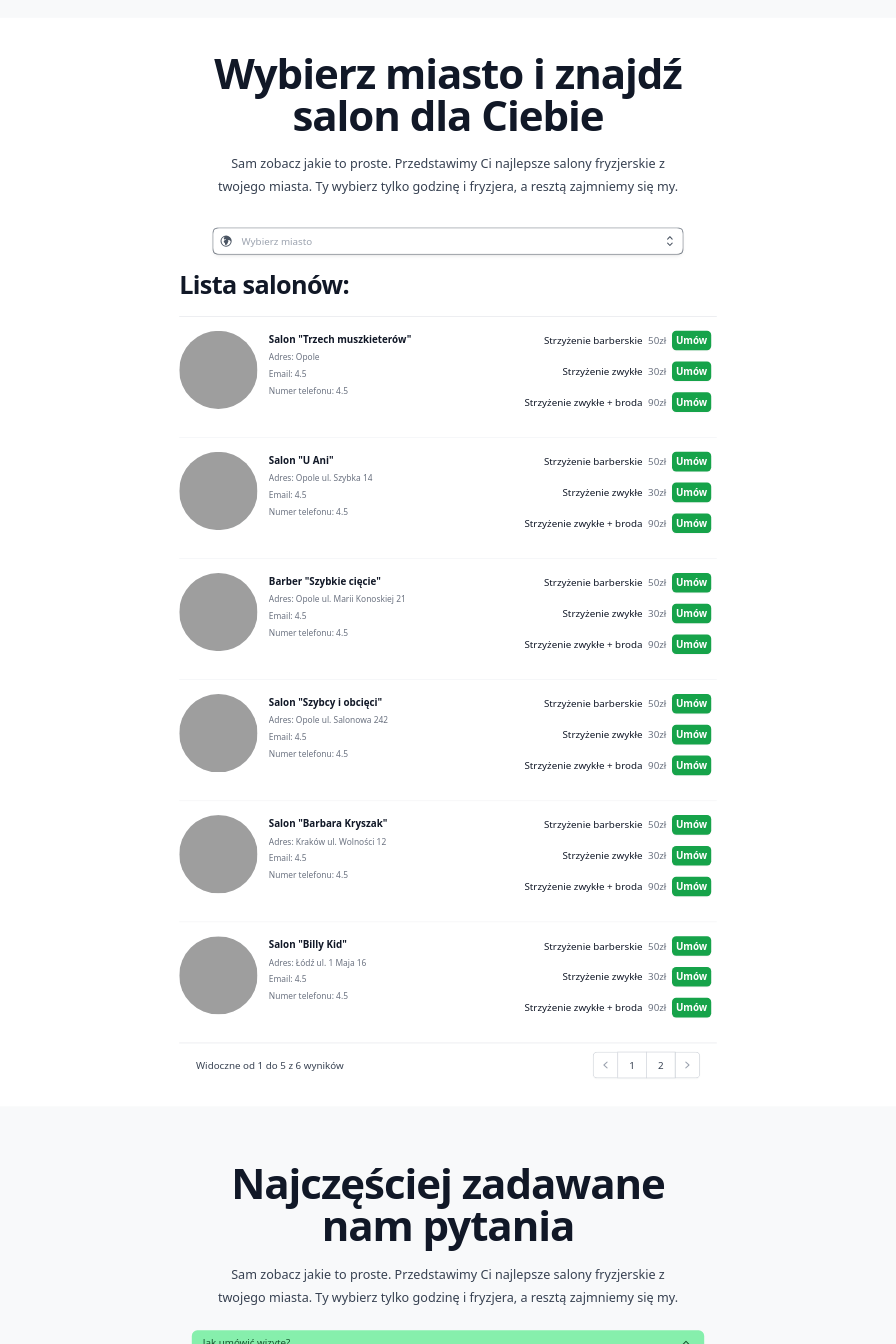
Repository: PrzemyslawJura/my-app
Page: / (app in frontend/)
These files come from the project's save history. The page is drawn as it stood at one moment and after the next save; the edit follows.
The browser window is 1280 px wide. The pictures show the part of the page from y = 869 to 2789 px (the page is 3798 px tall), at 70% of full size.
Pictures or frames that could not be fetched are drawn as grey boxes. The page's requests for data from a server got no answer. The project was rebuilt for these pictures with package versions that can differ from the ones it lists, and the page was loaded fresh each time. No one was signed in, and anything a server would have sent is missing. Also part of the build but not shown: frontend/src/home/Listbox.jsx, frontend/src/home/StepOne.jsx, frontend/src/home/StepTwo.jsx, frontend/src/components/Calendar.jsx, frontend/src/components/Tabs.jsx, frontend/src/biznes/CalendarOfWork.jsx, frontend/src/components/CarouselDefault.jsx, frontend/src/biznes/Salon.jsx and 8 more.

Above is the page before, as saved 2023-11-16 13:56:47.

After the next save:
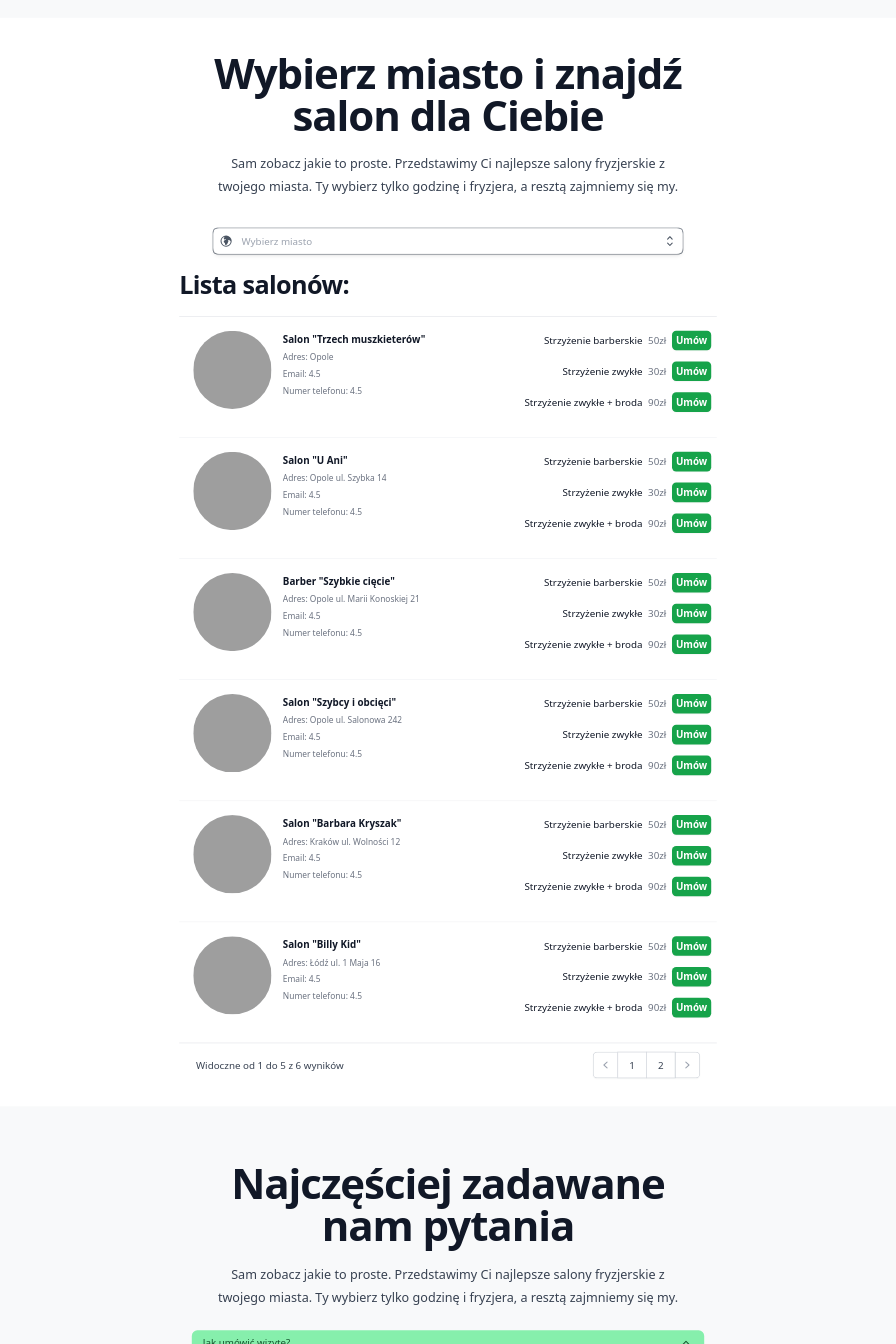
Saved 79 s later.
--- a/frontend/src/home/SalonOffer.jsx
+++ b/frontend/src/home/SalonOffer.jsx
@@ -6,7 +6,7 @@ export default function SalonOffer({person}) {
     const [Steps, setIsSteps] = useState(0);
 return (
     <>
-        <div className="flex min-w-0 gap-x-4">
+        <div className="flex min-w-0 gap-x-4 pl-5">
         <img className="h-28 w-28 flex-none rounded-full bg-gray-50" src={person.imageUrl} alt="" />
         <div className="min-w-0">
         <p className="text-sm font-semibold leading-6 text-gray-900">{person.name}</p>
